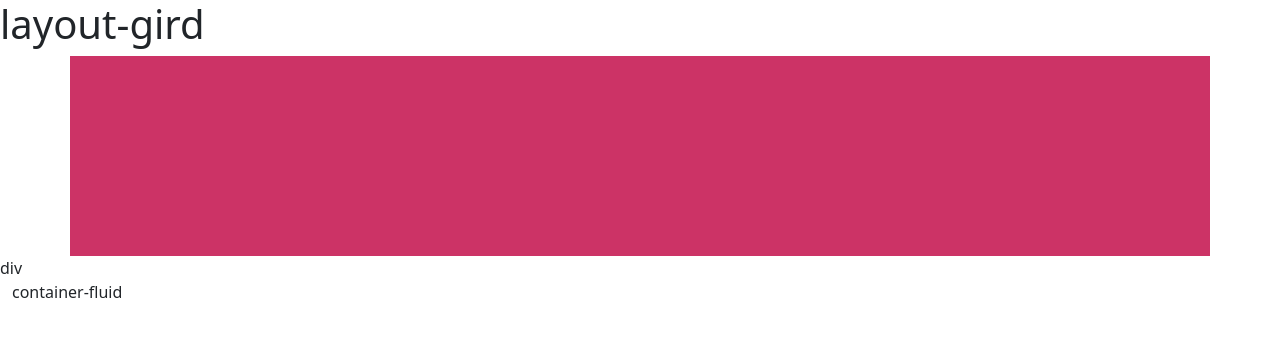
Repository: cvTuananh/Wed-famework
Page: lab05/demo3.html
The author's editor kept a copy of each file at every save. The page is drawn from the files as they stood at one save, then again after the next save.
The browser window is 1280 px wide. The pictures show the whole page.

Above is the page before, as saved 2021-09-30 19:34:24.

After the next save:
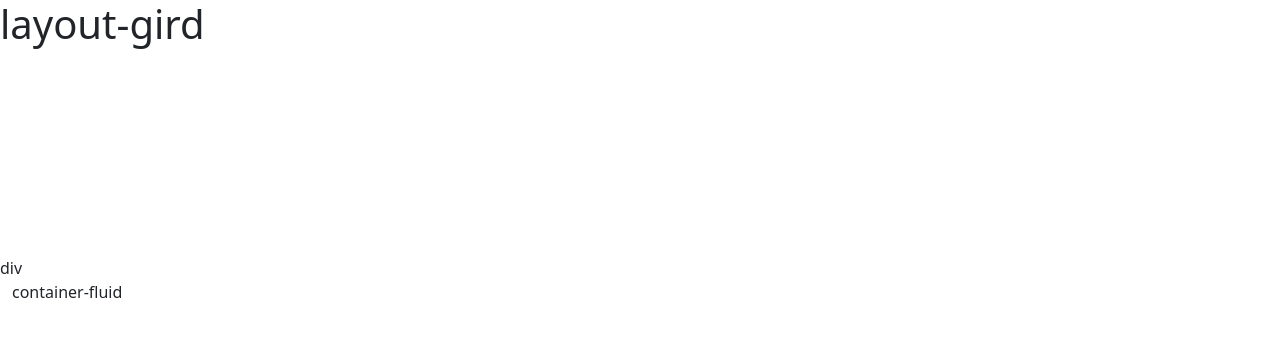
Saved 14 s later.
--- a/lab05/demo3.html
+++ b/lab05/demo3.html
@@ -11,7 +11,7 @@
     <style type="text/css">
         .container {
             height: 200px;
-            background-color: #cc3366;
+            background-color: var(--var-blue);
             color: #fff;
         }
     </style>
